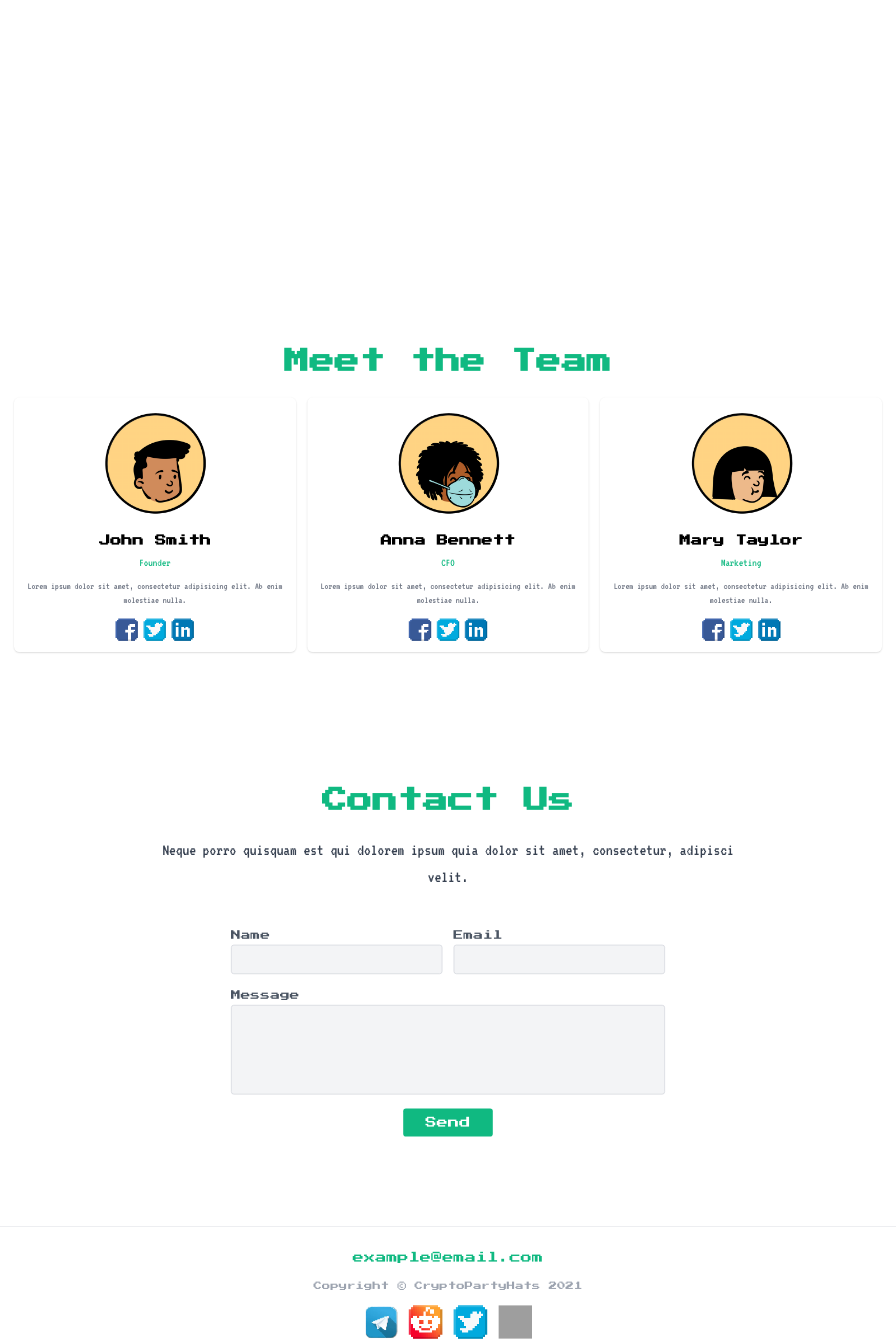
Repository: rhinorphan/phat-landing-page
Page: /
An editor plug-in stored every save of this project. The page is shown before and after the next save, followed by the edit.
The browser window is 1280 px wide. The pictures show the part of the page from y = 2302 to 4222 px (the page is 4222 px tall), at 70% of full size.
Pictures or frames that could not be fetched are drawn as grey boxes. The project was rebuilt for these pictures with package versions that can differ from the ones it lists, and the page was loaded fresh each time. Also part of the build but not shown: craco.config.js.

Above is the page before, as saved 2021-11-17 23:21:47.

### public/index.html
<!DOCTYPE html>
<html lang="en">
  <head>
    <meta charset="utf-8" />
    <link rel="icon" href="%PUBLIC_URL%/assets/images/server_icon.png" />
    <meta name="PHAT" content="width=device-width, initial-scale=1" />
    <meta name="theme-color" content="#000000" />
    <meta
      name="description"
      content="PHAT Landing Page"
    />
    <link rel="apple-touch-icon" href="%PUBLIC_URL%/assets/images/server_icon.png" />
    <!--
      manifest.json provides metadata used when your web app is installed on a
      user's mobile device or desktop. See https://developers.google.com/web/fundamentals/web-app-manifest/
    -->
    <link rel="manifest" href="%PUBLIC_URL%/manifest.json" />
    <!--
      Notice the use of %PUBLIC_URL% in the tags above.
      It will be replaced with the URL of the `public` folder during the build.
      Only files inside the `public` folder can be referenced from the HTML.

      Unlike "/favicon.ico" or "favicon.ico", "%PUBLIC_URL%/favicon.ico" will
      work correctly both with client-side routing and a non-root public URL.
      Learn how to configure a non-root public URL by running `npm run build`.
    -->
    <title>Party Hats</title>
  </head>
  <body>
    <noscript>You need to enable JavaScript to run this app.</noscript>
    <div id="root"></div>
    <!--
      This HTML file is a template.
      If you open it directly in the browser, you will see an empty page.

      You can add webfonts, meta tags, or analytics to this file.
      The build step will place the bundled scripts into the <body> tag.

      To begin the development, run `npm start` or `yarn start`.
      To create a production bundle, use `npm run build` or `yarn build`.
    -->
  </body>
</html>

### src/App.js
import logo from './logo.svg';
import './App.css';
import Header from './components/Header';
import Contact from './components/Contact';
import Landing from './components/Landing';
import Community from './components/Community';
import Tokens from './components/Tokens';
import About from './components/About';
import Footer from './components/Footer';

function App() {
  return (
    <div className="app">
        <Header />
        <div className="app__body">
          <Landing />
          <Community />
          <Tokens />
          <About />
          <Contact />
        </div>
        <Footer />
    </div>
  );
}

export default App;

### src/App.css
@import url('https://fonts.googleapis.com/css2?family=VT323&display=swap');
@import url('https://fonts.googleapis.com/css2?family=Press+Start+2P&family=VT323&display=swap');

.app {
  font-family: 'Press Start 2P', cursive;
}

.normalText {
  font-family: 'VT323', monospace;
}

.active {
  @apply py-4 px-2 text-green-500 border-b-4 border-green-500 font-semibold
}

.active2 {
  @apply block text-sm px-2 py-4 text-white bg-green-500 font-semibold
}

.nobull {
  list-style-type: none;
}

### src/components/Header.js
import React from 'react';
import { Link, animateScroll as scroll } from "react-scroll";

function Header() {

  const handleSubmit = (e) => {
    e.preventDefault();

		const menu = document.querySelector(".mobile-menu");

		menu.classList.toggle("hidden");
  }
  const scrollToTop = (e) => {
    scroll.scrollToTop();
  };

  return (
    <nav class="bg-white shadow-lg sticky top-0">
			<div class="max-w-6xl mx-auto px-4">
				<div class="flex justify-between">
					<div class="flex space-x-7">
						<div>
							<a href="" class="flex items-center py-4 px-2">
								<img src={`${process.env.PUBLIC_URL}/assets/images/server_icon.png`} alt="Logo" class="inline object-cover w-12 h-12 mr-4 rounded-full"/>
								<span onClick={scrollToTop}class="font-semibold text-gray-500 text-lg">Party Hats</span>
							</a>
						</div>
						<div class="hidden md:flex items-center space-x-1 nobull">
              <li><Link activeClass="active" className="py-4 px-2 text-gray-500 font-semibold hover:text-green-500 transition duration-300 cursor-pointer"
              to="landing" spy={true} smooth={true} duration={500}>Home</Link></li>
							<li><Link activeClass="active" className="py-4 px-2 text-gray-500 font-semibold hover:text-green-500 transition duration-300 cursor-pointer"
              to="community" spy={true} smooth={true} duration={500}>Community</Link></li>
              <li><Link activeClass="active" className="py-4 px-2 text-gray-500 font-semibold hover:text-green-500 transition duration-300 cursor-pointer"
              to="token" spy={true} smooth={true} duration={500}>Tokens</Link></li>
							<li><Link activeClass="active" className="py-4 px-2 text-gray-500 font-semibold hover:text-green-500 transition duration-300 cursor-pointer"
              to="about" spy={true} smooth={true} duration={500}>About</Link></li>
							<li><Link activeClass="active" className="py-4 px-2 text-gray-500 font-semibold hover:text-green-500 transition duration-300 cursor-pointer"
              to="contact" spy={true} smooth={true} duration={500}>Contact</Link></li>
						</div>
					</div>
					<div class="hidden md:flex items-center space-x-3 ">
						<a target="_blank" rel="noopener noreferrer" href="https://tetr.io/" class="py-2 px-8 font-medium text-white bg-green-500 hover:bg-green-400 transition duration-300 rounded-full">Play</a>
					</div>
					<div class="md:hidden flex items-center">
						<button class="outline-none mobile-menu-button" onClick={handleSubmit}>
						<svg class=" w-6 h-6 text-gray-500 hover:text-green-500 "
							x-show="!showMenu"
							fill="none"
							stroke-linecap="round"
							stroke-linejoin="round"
							stroke-width="2"
							viewBox="0 0 24 24"
							stroke="currentColor"
						>
							<path d="M4 6h16M4 12h16M4 18h16"></path>
						</svg>
					</button>
					</div>
				</div>
			</div>
			<div class="hidden mobile-menu">
				<ul class="">
					<li><Link activeClass="active2" className="block text-sm px-2 py-4 hover:bg-green-500 transition duration-300 hover:text-white cursor-pointer"
              to="landing" spy={true} smooth={true} duration={500}>Home</Link></li>
					<li><Link activeClass="active2" className="block text-sm px-2 py-4 hover:bg-green-500 transition duration-300 hover:text-white cursor-pointer"
              to="community" spy={true} smooth={true} duration={500}>Community</Link></li>
          <li><Link activeClass="active2" className="block text-sm px-2 py-4 hover:bg-green-500 transition duration-300 hover:text-white cursor-pointer"
              to="token" spy={true} smooth={true} duration={500}>Tokens</Link></li>
					<li><Link activeClass="active2" className="block text-sm px-2 py-4 hover:bg-green-500 transition duration-300 hover:text-white cursor-pointer"
              to="about" spy={true} smooth={true} duration={500}>About</Link></li>
					<li><Link activeClass="active2" className="block text-sm px-2 py-4 hover:bg-green-500 transition duration-300 hover:text-white cursor-pointer"
              to="contact" spy={true} smooth={true} duration={500}>Contact</Link></li>
				</ul>
			</div>
		</nav>
  )
}

export default Header

### src/components/Contact.js
import React from 'react'
import { Link, animateScroll as scroll } from "react-scroll";

function Contact() {

  return (
    <section
      className="text-gray-700 body-font h-100" name="contact">
        <div className="container px-5 py-24 mx-auto">
          <div className="flex flex-col text-center w-full mb-12">
            <h1 className="flex text-4xl  font-bold mb-8 text-green-500 justify-center">
              Contact Us
            </h1>
            <p className="lg:w-2/3 mx-auto leading-relaxed text-base normalText text-2xl">
            Neque porro quisquam est qui dolorem ipsum quia dolor sit amet, consectetur, adipisci velit.
            </p>
          </div>
          <div className="lg:w-1/2 md:w-2/3 mx-auto">
            <div className="flex flex-wrap -m-2">
              <div className="p-2 w-1/2">
                <div className="">
                  <label for="name" className="leading-7 text-sm text-gray-600">
                    Name
                  </label>
                  <input
                    type="text"
                    id="name"
                    name="name"
                    className="w-full bg-gray-100 rounded border border-gray-300 focus:border-green-500 text-base outline-none text-gray-700 py-1 px-3 leading-8 transition-colors duration-200 ease-in-out normalText"
                  />
                </div>
              </div>
              <div className="p-2 w-1/2">
                <div className="">
                  <label
                    for="email"
                    className="leading-7 text-sm text-gray-600"
                  >
                    Email
                  </label>
                  <input
                    type="email"
                    id="email"
                    name="email"
                    className="w-full bg-gray-100 rounded border border-gray-300 focus:border-green-500 text-base outline-none text-gray-700 py-1 px-3 leading-8 transition-colors duration-200 ease-in-out normalText"
                  />
                </div>
              </div>
              <div className="p-2 w-full">
                <div className="">
                  <label
                    for="message"
                    className="leading-7 text-sm text-gray-600"
                  >
                    Message
                  </label>
                  <textarea
                    id="message"
                    name="message"
                    className="w-full bg-gray-100 rounded border border-gray-300 focus:border-green-500 h-32 text-base outline-none text-gray-700 py-1 px-3 resize-none leading-6 transition-colors duration-200 ease-in-out normalText"
                  ></textarea>
                </div>
              </div>
              <div className="p-2 w-full">
                <button className="flex mx-auto py-2 px-8 font-medium text-white bg-green-500 rounded hover:bg-green-400 transition duration-300">
                  Send
                </button>
              </div>
            </div>
          </div>
        </div>
      </section>
  )
}

export default Contact

### src/components/Landing.js
import React from 'react'
import { Link, animateScroll as scroll } from "react-scroll";

function Landing() {
  return (
    <section className="grid md:flex place-items-center h-screen py-10 px-4" name="landing">
      <div class="mx-16">
        <h2 class="text-4xl  font-bold mb-2 text-green-500">
          Community Arcade Cabinet
        </h2>
        <h3 class="text-2xl mb-2 text-gray-300">
        With your beloved games.
        </h3>
        <h3 class="text-2xl mb-8 text-green-500">
        Join the revolution!
        </h3>

        <button class="m-2 bg-white font-bold rounded-full py-4 px-8 shadow-lg uppercase tracking-wider text-green-500 hover:bg-green-400 transition duration-300 hover:text-white">
          <a target="_blank" rel="noopener noreferrer" href="https://lionell-moore.gitbook.io/crypto-party-hats/introductions/what-is-party-hats">Whitepaper</a>
        </button>
        <button class="m-2 bg-white font-bold rounded-full py-4 px-8 shadow-lg uppercase tracking-wider text-green-500 hover:bg-green-400 transition duration-300 hover:text-white">
          <a target="_blank" rel="noopener noreferrer" href="#"><Link activeClass="active"
              to="community" spy={true} smooth={true} duration={500}>Learn More</Link></a>
        </button>
      </div>
      <div className="w-full">
        <img src={`${process.env.PUBLIC_URL}/assets/images/landing.png`} alt="" className="h-full w-full"/>
      </div>
    </section>
  )
}

export default Landing

### src/components/Community.js
import React from 'react'

function Community() {
  return (
    <section className="grid md:grid place-items-center h-100 py-10 px-4" name="community">
      <div className="w-min-50">
        <img src={`${process.env.PUBLIC_URL}/assets/images/collab.png`} alt=""/>
      </div>
      <div class="mx-16 w-50">
        <h2 class="text-4xl  font-bold mb-8 text-green-500 text-center">
        Party Hats?
        </h2>
        <h3 class="flex text-2xl mb-2 text-gray-300 text-center normalText">
        The Party Hats team and our community aims to be a central guild for anyone to join in and spend some time playing games with others as if you were at the arcade with friends. Our community will be more focused on helping fellow members who have either been rugpulled on or scammed by other people in the crypto space.
        </h3>
        <section class="pb-10 bg-blueGray-200 mt-8">
        <div class="container mx-auto px-4">
          <div class="flex flex-wrap">
            <div class="lg:pt-12 pt-6 w-full md:w-4/12 px-4 text-center">
              <div class="flex flex-col min-w-0 break-words bg-white w-full mb-8 shadow-lg rounded-lg">
                <div class="px-4 py-5 flex-auto">
                  <div class="text-white p-3 text-center inline-flex items-center justify-center w-12 h-12 mb-5 shadow-lg rounded-full">
                    <i class="fas fa-award"></i>
                  </div>
                  <h6 class="text-l font-semibold text-green-500">Community Driven</h6>
                  <p class="mt-2 mb-4 text-gray-500 normalText">
                  Our goal is primarily to help people who have lost money to get back on their feet. And to create a community that helps each other besides just themselves.
                  </p>
                </div>
              </div>
            </div>
            <div class="w-full md:w-4/12 px-4 text-center">
              <div class="flex flex-col min-w-0 break-words bg-white w-full mb-8 shadow-lg rounded-lg">
                <div class="px-4 py-5 flex-auto">
                  <div class="text-white p-3 text-center inline-flex items-center justify-center w-12 h-12 mb-5 shadow-lg rounded-full bg-lightBlue-400">
                    <i class="fas fa-retweet"></i>
                  </div>
                  <h6 class="text-l font-semibold text-green-500">Transparency</h6>
                  <p class="mt-2 mb-4 text-gray-500 normalText">
                  Complete Transparency with the Community.
                  Devs and Staff team will always talk with the members to make sure the community stays informed.
                  </p>
                </div>
              </div>
            </div>
            <div class="pt-6 w-full md:w-4/12 px-4 text-center">
              <div class="flex flex-col min-w-0 break-words bg-white w-full mb-8 shadow-lg rounded-lg">
                <div class="px-4 py-5 flex-auto">
                  <div class="text-white p-3 text-center inline-flex items-center justify-center w-12 h-12 mb-5 shadow-lg rounded-full bg-emerald-400">
                    <i class="fas fa-fingerprint"></i>
                  </div>
                  <h6 class="text-l font-semibold text-green-500">Easy to Reach</h6>
                  <p class="mt-2 mb-4 text-gray-500 normalText">
                  You will be able to talk to the developers and owners of the project at anytime as long as they are available to talk! Any Questions, Feedback and Suggestions are always welcomed!
                  </p>
                </div>
              </div>
            </div>
          </div>
        </div>
        </section>
      </div>
    </section>
  )
}

export default Community

### src/components/Tokens.js
import React from 'react'

function Tokens() {
  return (
    <section name="token" className="h-screen container px-5 py-24 mx-auto flex justify-center">
      <p className="text-4xl  font-bold mb-8 text-green-500 text-center ">Tokens</p>
    </section>
  )
}

export default Tokens

### src/components/About.js
import React from 'react'

// shadow-lg border border-gray-200 rounded-full overflow-hidden - picture TEAM div className

function About() {
  return (
    <section name="about" className="h-100 container px-5 py-24 mx-auto flex-col">
      <div>
        <p className="text-4xl  font-bold mb-8 text-green-500 text-center">Meet the Team</p>
      </div>
      <div class="flex flex-col sm:flex-row gap-4">

			<div class="flex flex-col items-center justify-center bg-white p-4 shadow rounded-lg">
				<div class="inline-flex h-40 w-40">
					<img src={`${process.env.PUBLIC_URL}/assets/images/team1.png`}
						 alt=""
						 class="h-full w-full"/>
				</div>

				<h2 class="mt-4 font-bold text-l">John Smith</h2>
				<h6 class="mt-2 text-md font-medium text-green-500 normalText">Founder</h6>

				<p class="text-sm text-gray-500 text-center mt-3 normalText">
					Lorem ipsum dolor sit amet, consectetur adipisicing elit. Ab enim molestiae nulla.
				</p>

				<ul class="flex flex-row mt-4 space-x-2">
					<li>
						<a href="" class="flex items-center justify-center h-8 w-8">
							<img src={`${process.env.PUBLIC_URL}/assets/images/fb.png`}class=""/>
						</a>
					</li>
					<li>
          <a href="" class="flex items-center justify-center h-8 w-8">
							<img src={`${process.env.PUBLIC_URL}/assets/images/twitter.png`}class=""/>
						</a>
					</li>
					<li>
          <a href="" class="flex items-center justify-center h-8 w-8">
							<img src={`${process.env.PUBLIC_URL}/assets/images/linkedin.png`}class=""/>
						</a>
					</li>
				</ul>
			</div>

			<div class="flex flex-col items-center justify-center bg-white p-4 shadow rounded-lg">
				<div class="inline-flex h-40 w-40">
					<img src={`${process.env.PUBLIC_URL}/assets/images/team2.png`}
						 alt=""
						 class="h-full w-full"/>
				</div>

				<h2 class="mt-4 font-bold text-l">Anna Bennett</h2>
				<h6 class="mt-2 text-md font-medium text-green-500 normalText">CFO</h6>

				<p class="text-sm text-gray-500 text-center mt-3 normalText">
					Lorem ipsum dolor sit amet, consectetur adipisicing elit. Ab enim molestiae nulla.
				</p>

				<ul class="flex flex-row mt-4 space-x-2">
					<li>
						<a href="" class="flex items-center justify-center h-8 w-8">
							<img src={`${process.env.PUBLIC_URL}/assets/images/fb.png`}class=""/>
						</a>
					</li>
					<li>
          <a href="" class="flex items-center justify-center h-8 w-8">
							<img src={`${process.env.PUBLIC_URL}/assets/images/twitter.png`}class=""/>
						</a>
					</li>
					<li>
          <a href="" class="flex items-center justify-center h-8 w-8">
							<img src={`${process.env.PUBLIC_URL}/assets/images/linkedin.png`}class=""/>
						</a>
					</li>
				</ul>
			</div>

			<div class="flex flex-col items-center justify-center bg-white p-4 shadow rounded-lg">
				<div class="inline-flex h-40 w-40">
					<img src={`${process.env.PUBLIC_URL}/assets/images/team3.png`}
						 alt=""
						 class="h-full w-full"/>
				</div>

				<h2 class="mt-4 font-bold text-l">Mary Taylor</h2>
				<h6 class="mt-2 text-md font-medium text-green-500 normalText">Marketing</h6>

				<p class="text-sm text-gray-500 text-center mt-3 normalText">
					Lorem ipsum dolor sit amet, consectetur adipisicing elit. Ab enim molestiae nulla.
				</p>

				<ul class="flex flex-row mt-4 space-x-2">
					<li>
						<a href="" class="flex items-center justify-center h-8 w-8">
							<img src={`${process.env.PUBLIC_URL}/assets/images/fb.png`}class=""/>
						</a>
					</li>
					<li>
          <a href="" class="flex items-center justify-center h-8 w-8">
							<img src={`${process.env.PUBLIC_URL}/assets/images/twitter.png`}class=""/>
						</a>
					</li>
					<li>
          <a href="" class="flex items-center justify-center h-8 w-8">
							<img src={`${process.env.PUBLIC_URL}/assets/images/linkedin.png`}class=""/>
						</a>
					</li>
				</ul>
			</div>

		</div>

    </section>
  )
}

export default About

### src/components/Footer.js
import React from 'react'

function Footer() {
  return (
    <div className="p-2 w-full pt-8 mt-8 border-t border-gray-200 text-center">
      <a className="text-green-500">example@email.com</a>
      <p className="text-xs my-5 text-gray-400">
      Copyright © CryptoPartyHats 2021
      </p>
      <div className="flex flex-row justify-center">
        <img src={`${process.env.PUBLIC_URL}/assets/images/tg.png`} alt="" className="h-12 w-12 mx-2"/>
        <img src={`${process.env.PUBLIC_URL}/assets/images/reddit.png`} alt="" className="h-12 w-12 mx-2"/>
        <img src={`${process.env.PUBLIC_URL}/assets/images/twitter.png`} alt="" className="h-12 w-12 mx-2"/>
        <img src={`${process.env.PUBLIC_URL}/assets/images/discord.png`} alt="" className="h-12 w-12 mx-2"/>
      </div>
    </div>
  )
}

export default Footer

Loaded but not shown: src/index.js (common file); src/index.css (common file); src/reportWebVitals.js (common file); tailwind.config.js (common file)

After the next save:
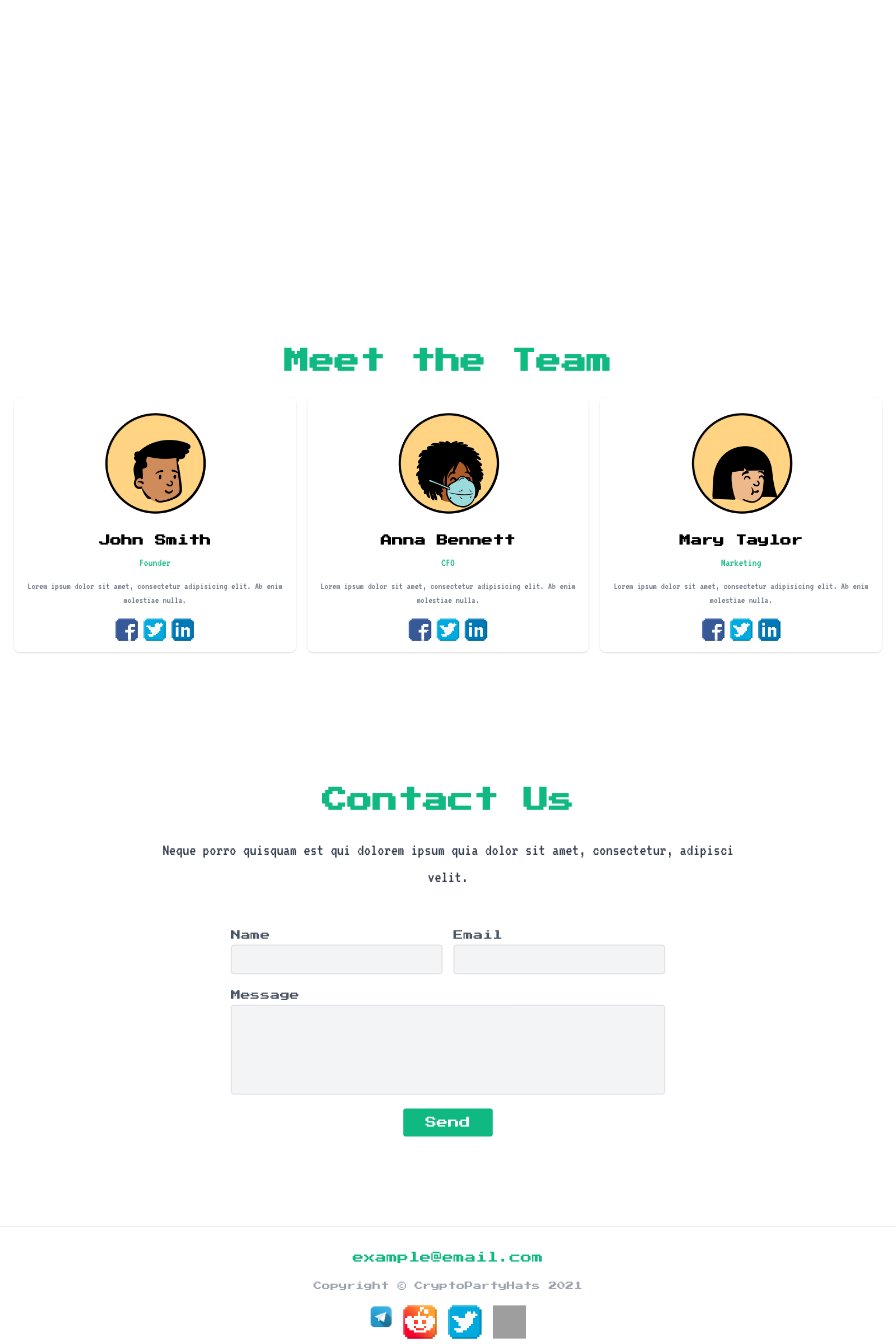
Saved 58 s later.
--- a/src/components/Footer.js
+++ b/src/components/Footer.js
@@ -8,7 +8,7 @@ function Footer() {
       Copyright © CryptoPartyHats 2021
       </p>
       <div className="flex flex-row justify-center">
-        <img src={`${process.env.PUBLIC_URL}/assets/images/tg.png`} alt="" className="h-12 w-12 mx-2"/>
+        <img src={`${process.env.PUBLIC_URL}/assets/images/tg.png`} alt="" className="h-8 w-8 mx-2"/>
         <img src={`${process.env.PUBLIC_URL}/assets/images/reddit.png`} alt="" className="h-12 w-12 mx-2"/>
         <img src={`${process.env.PUBLIC_URL}/assets/images/twitter.png`} alt="" className="h-12 w-12 mx-2"/>
         <img src={`${process.env.PUBLIC_URL}/assets/images/discord.png`} alt="" className="h-12 w-12 mx-2"/>
